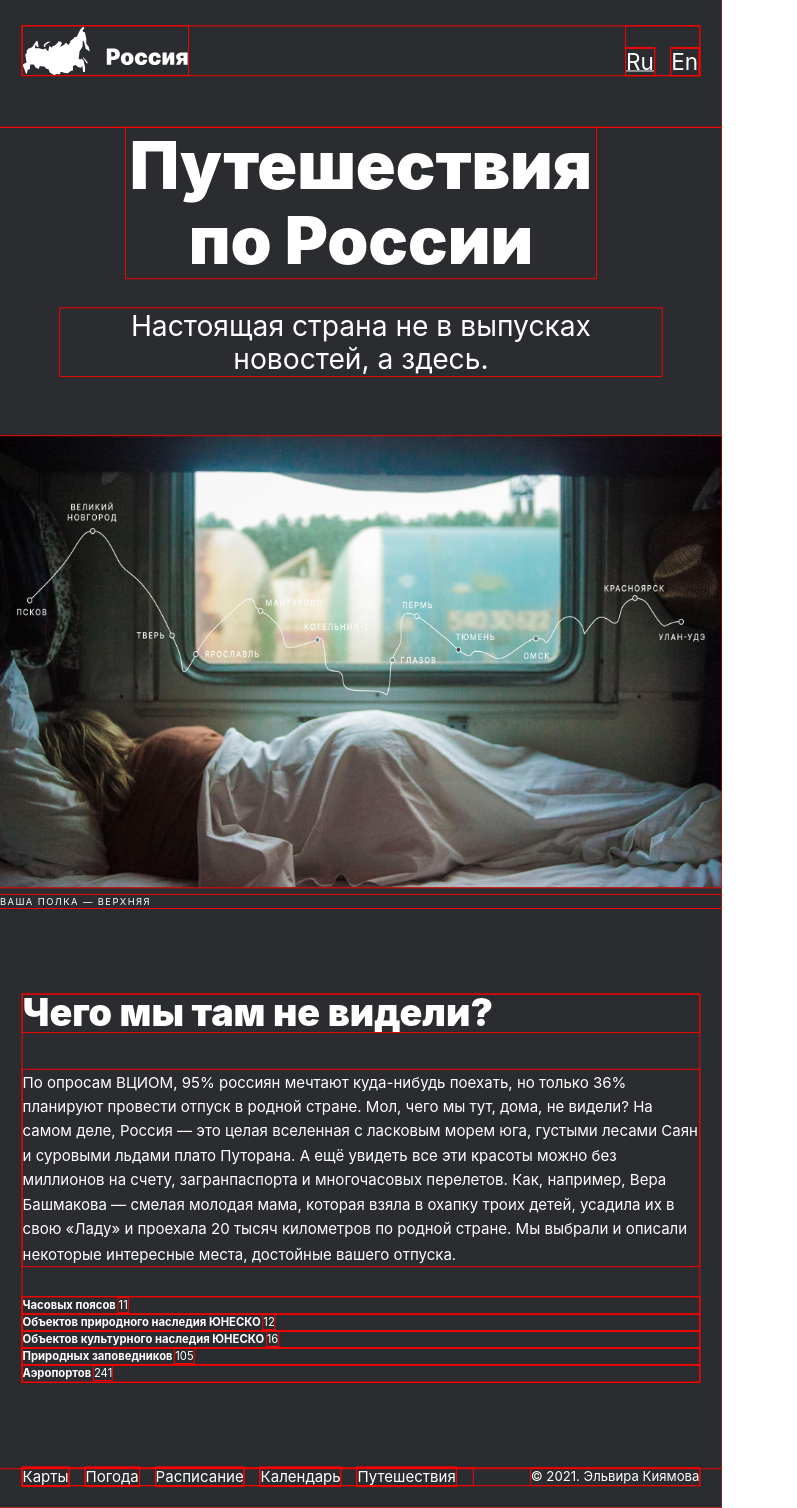
Repository: 89373611988/russia-travel
Page: index.html
The author's editor kept a copy of each file at every save. The page is drawn from the files as they stood at one save, then again after the next save.
The browser window is 768 px wide. The page is 768 px wide, then 848 px, then 768 px, so the pictures cover 848 px, including what lies to the right of the window. The pictures show the whole page, at 94% of full size.
Some web fonts or font styles are not loaded; a fallback is used.

Above is the page before, as saved 2021-12-18 19:45:26.

### index.html
<!DOCTYPE html>
<html lang="ru">
  <head>
    <meta charset="UTF-8" />
    <meta name="viewport" content="width=device-width, initial-scale=1">
    <title>Путешествия по России</title>
    <link rel="stylesheet" href="pages/index.css" />
  </head>
  <body>
    <div class="page">
      <header class="header page__header">
        <img src="./images/header-logo.svg" alt="" class="header__logo">
        <ul class="header__list">
          <li class="header__item">
            <a href="#" target="_blank" class="header__lang-link">Ru</a>
          </li>
          <li class="header__item">
            <a href="#" target="_blank" class="header__lang-link">En</a>
          </li>
        </ul>
      </header>
      <main class="content">
        <section class="lead ">
          <h1 class="lead__title">Путешествия по России</h1>
          <p class="lead__subtitle">Настоящая страна не в выпусках новостей, а здесь.</p>
          <img src="./images/lead-polka.jpg" alt="Отдых в вагоне" class="lead__image">
          <p class="lead__caption">ваша полка — верхняя</p>
        </section>

        <section class="intro page__intro">
          <h2 class="intro__title">Чего мы там не видели?</h2>
          <p class="intro__text">По опросам ВЦИОМ, 95% россиян мечтают куда-нибудь поехать, но только 36% планируют провести отпуск в родной стране. Мол, чего мы тут, дома, не видели? На самом деле, Россия — это целая вселенная с ласковым морем юга, густыми лесами Саян и суровыми льдами плато Путорана. А ещё увидеть все эти красоты можно без миллионов на счету, загранпаспорта и многочасовых перелетов. Как, например, Вера Башмакова — смелая молодая мама, которая взяла в охапку троих детей, усадила их в свою «Ладу» и проехала 20 тысяч километров по родной стране. Мы выбрали и описали некоторые интересные места, достойные вашего отпуска.</p>
          <ul class="intro__list">
            <li class="intro__item">Часовых поясов
              <span class="intro__number">11</span>
            </li>
            <li class="intro__item">Объектов природного наследия ЮНЕСКО
              <span class="intro__number">12</span>
            </li>
            <li class="intro__item">Объектов культурного наследия ЮНЕСКО
              <span class="intro__number">16</span>
            </li>
            <li class="intro__item">Природных заповедников
              <span class="intro__number">105</span>
            </li>
            <li class="intro__item">Аэропортов
              <span class="intro__number">241</span>
            </li>
          </ul>
        </section>
      </main>

      <footer class="footer">
        <ul class="footer__list">
          <li class="footer__item">
            <a href="https://yandex.ru/maps" class="footer__link">Карты</a>
          </li>
          <li class="footer__item">
            <a href="https://yandex.ru/pogoda" class="footer__link">Погода</a>
          </li>
          <li class="footer__item">
            <a href="https://rasp.yandex.ru" class="footer__link">Расписание</a>
          </li>
          <li class="footer__item">
            <a href="https://calendar.yandex.ru" class="footer__link">Календарь</a>
          </li>
          <li class="footer__item">
            <a href="https://travel.yandex.ru" class="footer__link">Путешествия</a>
          </li>
        </ul>
        <p class="footer__copyright">&copy; 2021. Эльвира Киямова</p>
      </footer>

    </div>
  </body>
</html>

### pages/index.css
@import url("../styles/normalize.css");

@import url("../blocks/page/page.css");
@import url("../blocks/page/__header/page__header.css");
@import url("../blocks/page/__intro/page__intro.css");

@import url("../blocks/header/header.css");
@import url("../blocks/header/__logo/header__logo.css");
@import url("../blocks/header/__list/header__list.css");
@import url("../blocks/header/__item/header__item.css");
@import url("../blocks/header/__lang-link/header__lang-link.css");

@import url("../blocks/content/content.css");

@import url("../blocks/lead/lead.css");
@import url("../blocks/lead/__title/lead__title.css");
@import url("../blocks/lead/__subtitle/lead__subtitle.css");
@import url("../blocks/lead/__image/lead__image.css");
@import url("../blocks/lead/__caption/lead__caption.css");

@import url("../blocks/intro/intro.css");
@import url("../blocks/intro/__title/intro__title.css");
@import url("../blocks/intro/__text/intro__text.css");
@import url("../blocks/intro/__list/intro__list.css");
@import url("../blocks/intro/__item/intro__item.css");
@import url("../blocks/intro/__number/intro__number.css");

@import url("../blocks/footer/footer.css");
@import url("../blocks/footer/__list/footer__list.css");
@import url("../blocks/footer/__item/footer__item.css");
@import url("../blocks/footer/__link/footer__link.css");
@import url("../blocks/footer/__copyight/footer__copyight.css");

@import url("../fonts/Inter\ Web");

### blocks/page/page.css
* {
  outline-width: 1px;
  outline-style: solid;
  outline-color: red;
}

.page {
  color: #ffffff;
  background-color: #2a2c2f;
  font-family: "Inter";
  font-style: normal;
  padding: 28px 0 24px;
  -moz-osx-font-smoothing: grayscale;
  -webkit-font-smoothing: antialiased;
  -webkit-text-size-adjust: 100%;
  -ms-text-size-adjust: 100%;
  -moz-text-size-adjust: 100%;
  text-rendering: optimizeLegibility;
  display: flex;
  flex-direction: column;
  align-items: center;
}

### blocks/page/__header/page__header.css
.page__header {
  margin-bottom: 56px;
}

### blocks/page/__intro/page__intro.css
.page__intro {
  margin: 92px 0;
}

### blocks/header/header.css
.header {
  display: flex;
  flex-direction: row;
  justify-content: space-between;
  width: 1184px;
}

@media (max-width: 1200px) {
  .header {
    width: 928px;
  }
}

@media (max-width: 940px) {
  .header {
    width: 720px;
  }
}

@media (max-width: 768px) {
  .header {
    width: 720px;
  }
}

@media (max-width: 730px) {
  .header {
    width: 600px;
  }
}

@media (max-width: 640px) {
  .header {
    width: 500px;
  }
}

@media (max-width: 540px) {
  .header {
    width: 400px;
  }
}

@media (max-width: 440px) {
  .header {
    width: 300px;
  }
}

@media (max-width: 320px) {
  .header {
    width: 288px;
  }
}

### blocks/header/__logo/header__logo.css
.header__logo {
  width: 176px;
  height: 52px;
}

@media (max-width: 500px) {
  .header__logo {
    width: 142px;
    height: 42px;
  }
}

### blocks/header/__list/header__list.css
.header__list {
  display: flex;
  flex-direction: row;
  align-items: flex-end;
  padding: 0;
  margin: 0;
}

### blocks/header/__item/header__item.css
.header__item {
  list-style-type: none;
  width: 30px;
  height: 28px;
}

.header__item:first-child {
  margin-right: 18px;
  text-decoration: underline;
}

### blocks/header/__lang-link/header__lang-link.css
.header__lang-link {
  font-size: 24px;
  line-height: 28px;
  color: #fff;
  text-decoration: none;
}

@media (max-width: 500px) {
  .header__lang-link {
    font-size: 18px;
    line-height: 20px;
  }
}

### blocks/content/content.css


.content {

}

### blocks/lead/lead.css
.lead {
  display: flex;
  flex-direction: column;
}

### blocks/lead/__title/lead__title.css
.lead__title {
  font-weight: 900;
  font-size: 96px;
  line-height: 100px;
  max-width: 720px;
  text-align: center;
  align-self: center;
  margin: 0;
}

@media (max-width: 768px) {
  .lead__title {
    font-size: 70px;
    line-height: 80px;
    max-width: 500px;
  }
}

@media (max-width: 520px) {
  .lead__title {
    font-size: 50px;
    line-height: 70px;
    max-width: 400px;
  }
}

@media (max-width: 440px) {
  .lead__title {
    font-size: 45px;
    line-height: 50px;
    max-width: 330px;
  }
}

@media (max-width: 320px) {
  .lead__title {
    font-size: 40px;
    line-height: 44px;
    max-width: 288px;
  }
}

### blocks/lead/__subtitle/lead__subtitle.css
.lead__subtitle {
  font-size: 30px;
  line-height: 36px;
  align-self: center;
  margin: 32px 0 64px;
  max-width: 640px;
  text-align: center;
}

@media (max-width: 680px) {
  .lead__subtitle {
    font-size: 28px;
    line-height: 30px;
    max-width: 550px;
  }
}

@media (max-width: 575px) {
  .lead__subtitle {
    font-size: 25px;
    line-height: 30px;
    max-width: 400px;
  }
}

@media (max-width: 430px) {
  .lead__subtitle {
    font-size: 18px;
    line-height: 25px;
    max-width: 300px;
  }
}

@media (max-width: 320px) {
  .lead__subtitle {
    font-size: 16px;
    line-height: 20px;
    max-width: 288px;
  }
}

### blocks/lead/__image/lead__image.css
.lead__image {
  max-width: 984px;
  max-height: 615px;
  margin: 0 auto;
}

@media (max-width: 1024px) {
  .lead__image {
    max-width: 100%;
  }
}

### blocks/lead/__caption/lead__caption.css
.lead__caption {
  font-size: 10px;
  line-height: 14px;
  letter-spacing: 1.5px;
  margin: 8px 0 0;
  text-transform: uppercase;
  text-align: left;
}

### blocks/intro/intro.css
.intro {
  max-width: 690px;
}

@media (max-width: 1024px) {
  .intro {
    margin-left: 48px;
  }
}

@media (max-width: 768px) {
  .intro {
    max-width: 720px;
    margin-left: 24px;
    margin-right: 24px;
  }
}

@media (max-width: 320px) {
  .intro {
    max-width: 288px;
    margin-left: 16px;
    margin-right: 16px;
  }
}

### blocks/intro/__title/intro__title.css
.intro__title {
  margin: 0;
  font-weight: 900;
  font-size: 54px;
  line-height: 58px;
}

@media (max-width: 768px) {
  .intro__title {
    font-size: 40px;
    line-height: 40px;
  }
}

@media (max-width: 400px) {
  .intro__title {
    font-size: 32px;
    line-height: 35px;
  }
}

### blocks/intro/__text/intro__text.css
.intro__text {
  font-size: 16px;
  line-height: 163%;
  margin: 40px 0 33px;
}

### blocks/intro/__list/intro__list.css
.intro__list {
  margin: 0;
  padding: 0;
  font-weight: bold;
  font-size: 12px;
  line-height: 18px;
}

### blocks/intro/__item/intro__item.css
.intro__item {
  list-style-type: none;
}

### blocks/intro/__number/intro__number.css
.intro__number {
  font-weight: normal;
}

### blocks/footer/footer.css
.footer {
  width: 1184px;
  display: flex;
  flex-direction: row;
  justify-content: space-between;
}

@media (max-width: 1024px) {
  .footer {
    width: 928px;
  }
}

@media (max-width: 768px) {
  .footer {
    width: 720px;
  }
}

### blocks/footer/__list/footer__list.css
.footer__list {
  display: flex;
  flex-direction: row;
  padding: 0;
  margin: 0;
  font-size: 16px;
  line-height: 18px;
}

### blocks/footer/__item/footer__item.css
.footer__item {
  list-style-type: none;
  margin-right: 18px;
}

### blocks/footer/__link/footer__link.css
.footer__link {
  color: #fff;
  text-decoration: none;
}

.footer__link:hover {
  opacity: 0.7;
  cursor: pointer;
  transition: opacity 0.5s ease;
}

### blocks/footer/__copyight/footer__copyight.css
.footer__copyright {
  margin: 0;
  font-size: 14px;
  line-height: 16px;
}

Loaded but not shown: styles/normalize.css (library)

After the next save:
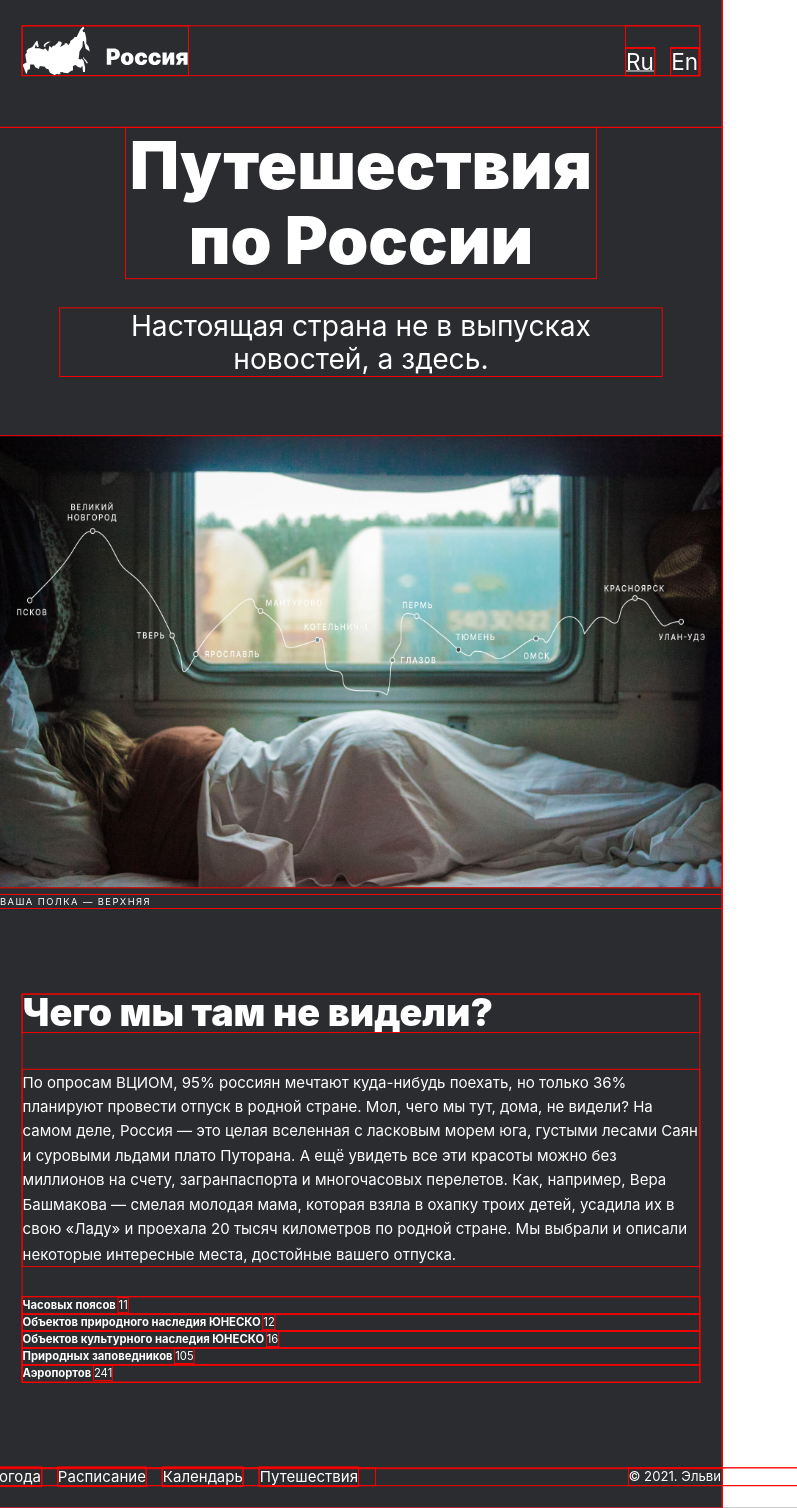
Saved 39 s later.
--- a/blocks/footer/footer.css
+++ b/blocks/footer/footer.css
@@ -10,9 +10,3 @@
     width: 928px;
   }
 }
-
-@media (max-width: 768px) {
-  .footer {
-    width: 720px;
-  }
-}

After the save that followed:
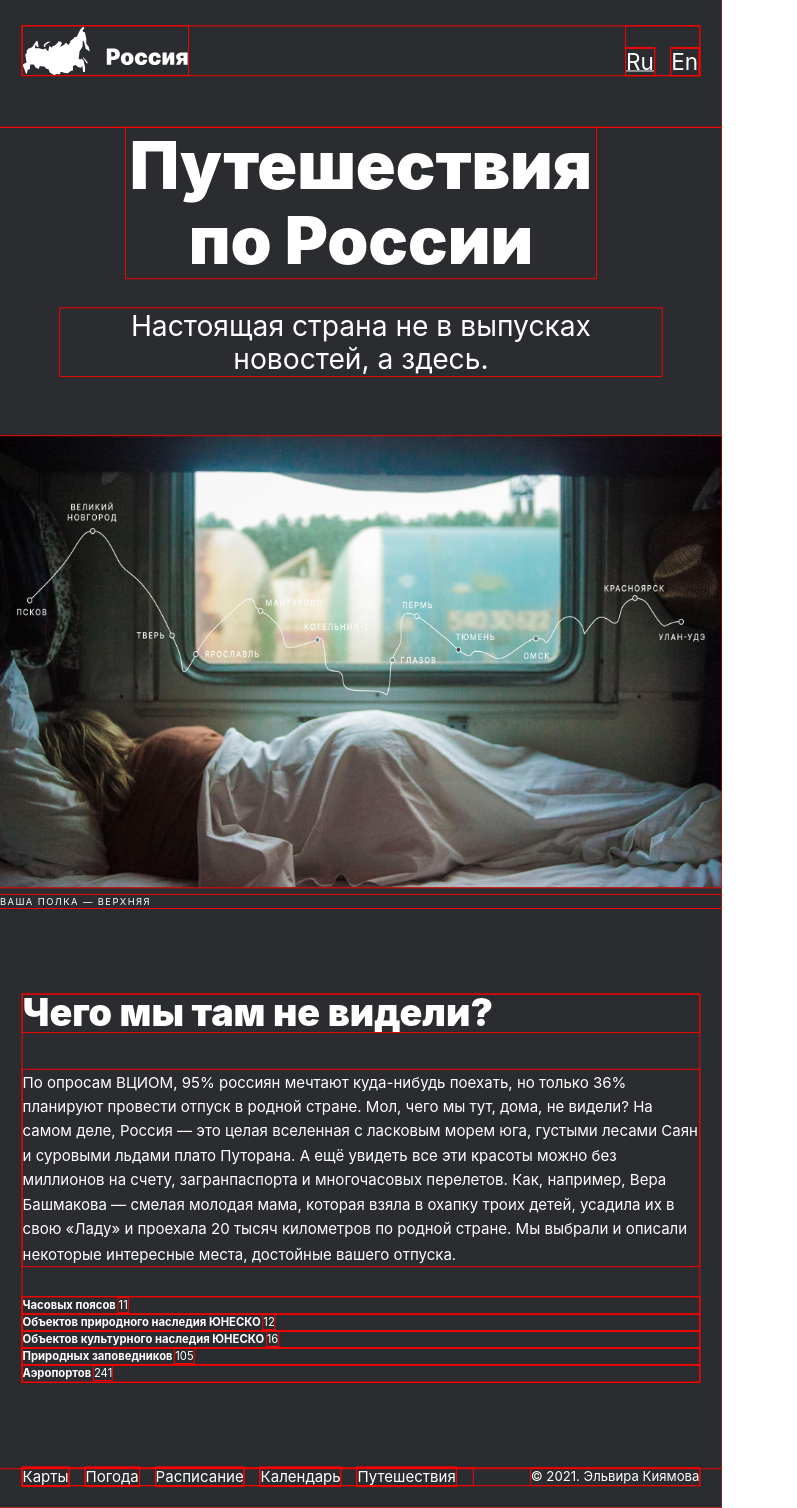
Saved 4 s later.
--- a/blocks/footer/__copyight/footer__copyight.css
+++ b/blocks/footer/__copyight/footer__copyight.css
@@ -3,3 +3,9 @@
   font-size: 14px;
   line-height: 16px;
 }
+
+@media (max-width: 768px) {
+  .footer {
+    width: 720px;
+  }
+}
